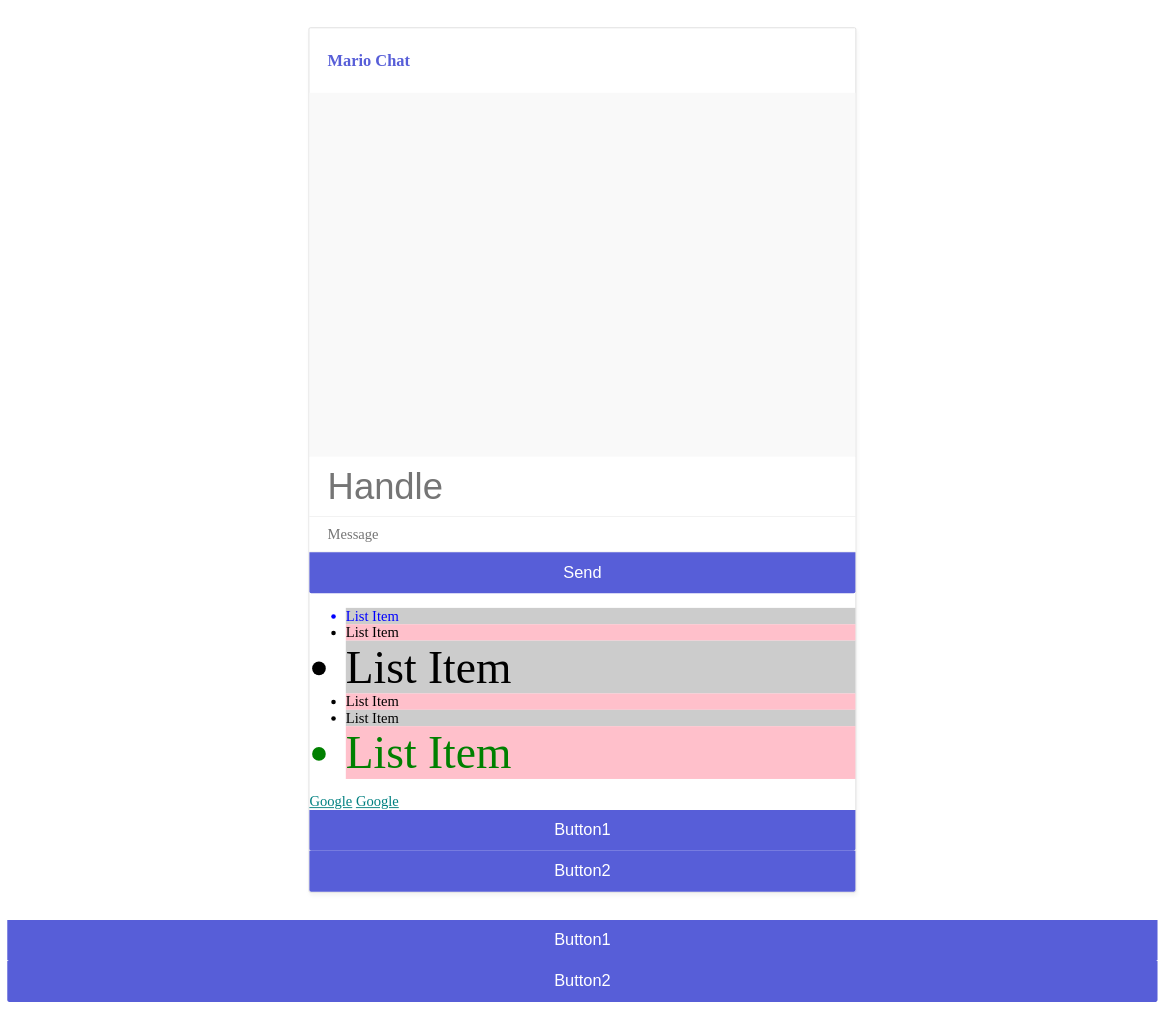
Repository: Promethees/websockets-playlist
Page: public/index.html
An editor plug-in stored every save of this project. The page is shown before and after the next save, followed by the edit.
The browser window is 1280 px wide. The pictures show the whole page, at 91% of full size.
The page's requests for data from a server got no answer. Some web libraries are served in a nearby version.

Above is the page before, as saved 2020-09-08 08:41:53.

### public/index.html
<!DOCTYPE html>
<html>
    <head>
        <meta charset="utf-8">
        <title>WebScockets 101</title>
        <script src="https://cdnjs.cloudflare.com/ajax/libs/socket.io/2.3.0/socket.io.js"></script>
        <script src="https://code.jquery.com/jquery-3.5.1.min.js"></script>
        <link href="./style.css" rel="stylesheet" type = "text/css" />
    </head>
    <body>
        <div id="mario-chat">
            <h2>Mario Chat</h2>
            <div id="chat-window">
                <div id="output"></div>
                <div id="feedback"></div><!-- <display "typing .... message"> -->

            </div>
            <input id="handle" type="text" placeholder="Handle" />
            <input id="message" type="text" placeholder="Message" />
            <button id="send">Send</button>
            <ul id = "list">
                <li>List Item</li>
                <li>List Item</li>
                <li>List Item</li>
                <li>List Item</li>
                <li>List Item</li>
                <li>List Item</li>
            </ul>
            <a href="https://code.jquery.com/jquery-3.5.1.min.js">Google</a>
            <a href="https://code.jquery.com/jquery-3.5.1.min.js">Google</a>
            <button id="btn1">Button1</button>
            <button id= "btn2">Button2</button>

        </div>
        <div>
            <button id="btn1">Button1</button>
            <button id= "btn2">Button2</button>
        </div>
        <script>
            //$('h2').hide();
            //$('div').hide();
            //$('#message').css('color','blue');
            $('ul#list li:first').css('color','blue');
            $('ul#list li:last').css('color','green');
            $('ul#list li:odd').css('background-color','pink');
            $('ul#list li:even').css('background-color','#cccccc');
            $('ul#list li:nth-child(3n)').css('font-size','50px'); //For 3,6,9 list items
            $(':text#handle').css('font-size','40px');
            $(':text#handle').css('font-family','arial');
            $('[href]').css('color','teal')
            //$('*').hide() //select everything
            $(document).ready(function() {
                $('#btn1').click(function() {
                    $('#mario-chat').hide();
                })
                $('#btn2').click(function() {
                    $('#mario-chat').show();
                })
            })
        </script>
    </body>
    <script src="/chat.js"></script>
</html>

### public/style.css
body{
    font-family: 'Nunito';
}

h2{
    font-size: 18px;
    padding: 10px 20px;
    color: #575ed8;
}

#mario-chat{
    max-width: 600px;
    margin: 30px auto;
    border: 1px solid #ddd;
    box-shadow: 1px 3px 5px rgba(0,0,0,0.05);
    border-radius: 2px;
}

#chat-window{
    height: 400px;
    overflow: auto;
    background: #f9f9f9;
}

#output p{
    padding: 14px 0px;
    margin: 0 20px;
    border-bottom: 1px solid #e9e9e9;
    color: #555;
}

#feedback p{
    color: #aaa;
    padding: 14px 0px;
    margin: 0 20px;
}

#output strong{
    color: #575ed8;
}

label{
    box-sizing: border-box;
    display: block;
    padding: 10px 20px;
}

input{
    padding: 10px 20px;
    box-sizing: border-box;
    background: #eee;
    border: 0;
    display: block;
    width: 100%;
    background: #fff;
    border-bottom: 1px solid #eee;
    font-family: Nunito;
    font-size: 16px;
}

button{
    background: #575ed8;
    color: #fff;
    font-size: 18px;
    border: 0;
    padding: 12px 0;
    width: 100%;
    border-radius: 0 0 2px 2px;
}

### public/chat.js
// Make connection
//var socket = io.connect('http://localhost:4000');
//var socket = io.connect('https://chatboj.herokuapp.com/');
var socket = io.connect('/');

// Query DOM
var message = document.getElementById('message'),
      handle = document.getElementById('handle'),
      btn = document.getElementById('send'),
      output = document.getElementById('output');
    feedback = document.getElementById('feedback');

// Emit events (see the index.js to know how it handle)
btn.addEventListener('click', function(){
  socket.emit('chat', {
      message: message.value,
      handle: handle.value
  });
  message.value = "";
});

message.addEventListener('keypress',function() {
    socket.emit('typing',handle.value);
});

// Listen for events (retrieve event from the server)
socket.on('chat', function(data){
    feedback.innerHTML = ""; //Clear the typing queue while have submitted the message
    //Modify the message in HTMLs
    output.innerHTML += '<p><strong>' + data.handle + ': </strong>' + data.message + '</p>';
});

socket.on('typing',function(data) {
    // the data here is the handle.value (since the action is 'typing')
    feedback.innerHTML = '<p><em>'+data+'is typing message...'+'</em></p>';
});

After the next save:
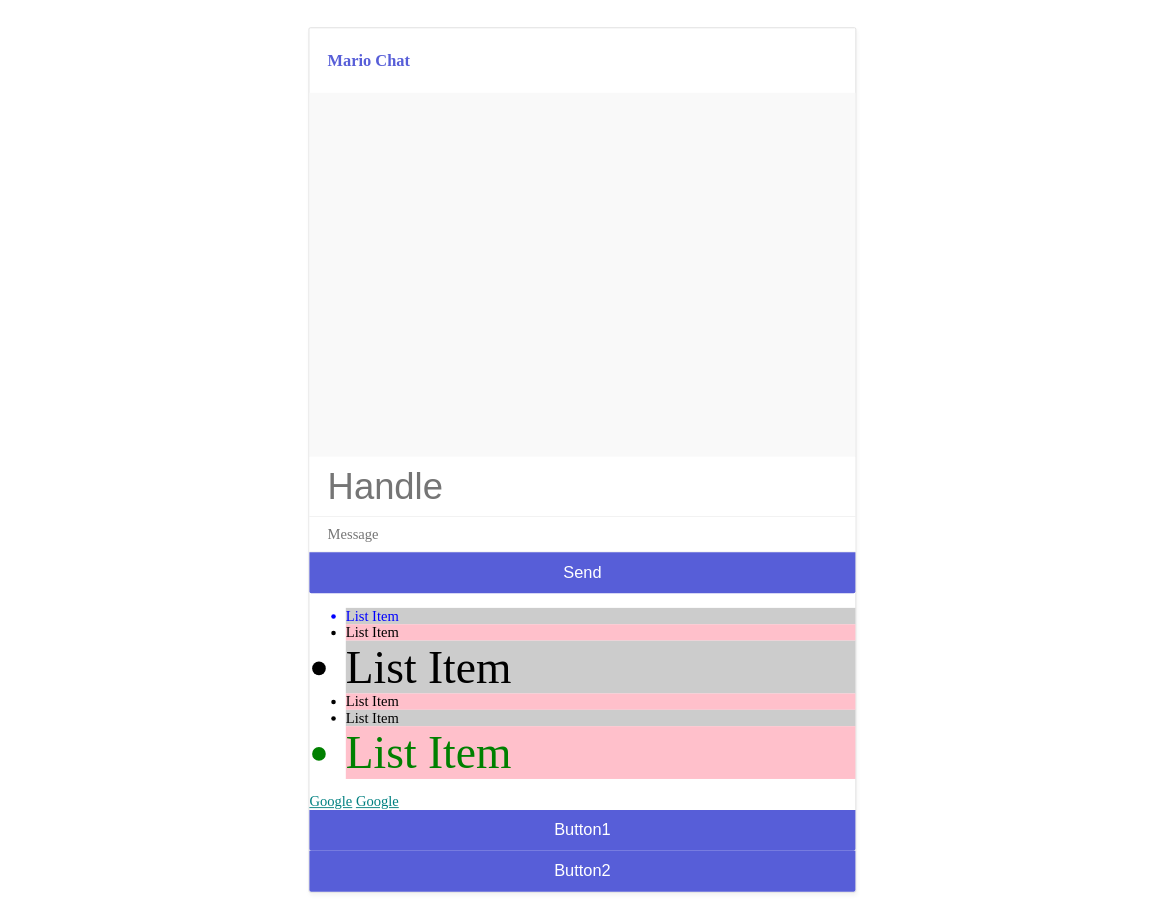
Saved 10 s later.
--- a/public/index.html
+++ b/public/index.html
@@ -32,10 +32,6 @@
             <button id= "btn2">Button2</button>
 
         </div>
-        <div>
-            <button id="btn1">Button1</button>
-            <button id= "btn2">Button2</button>
-        </div>
         <script>
             //$('h2').hide();
             //$('div').hide();
